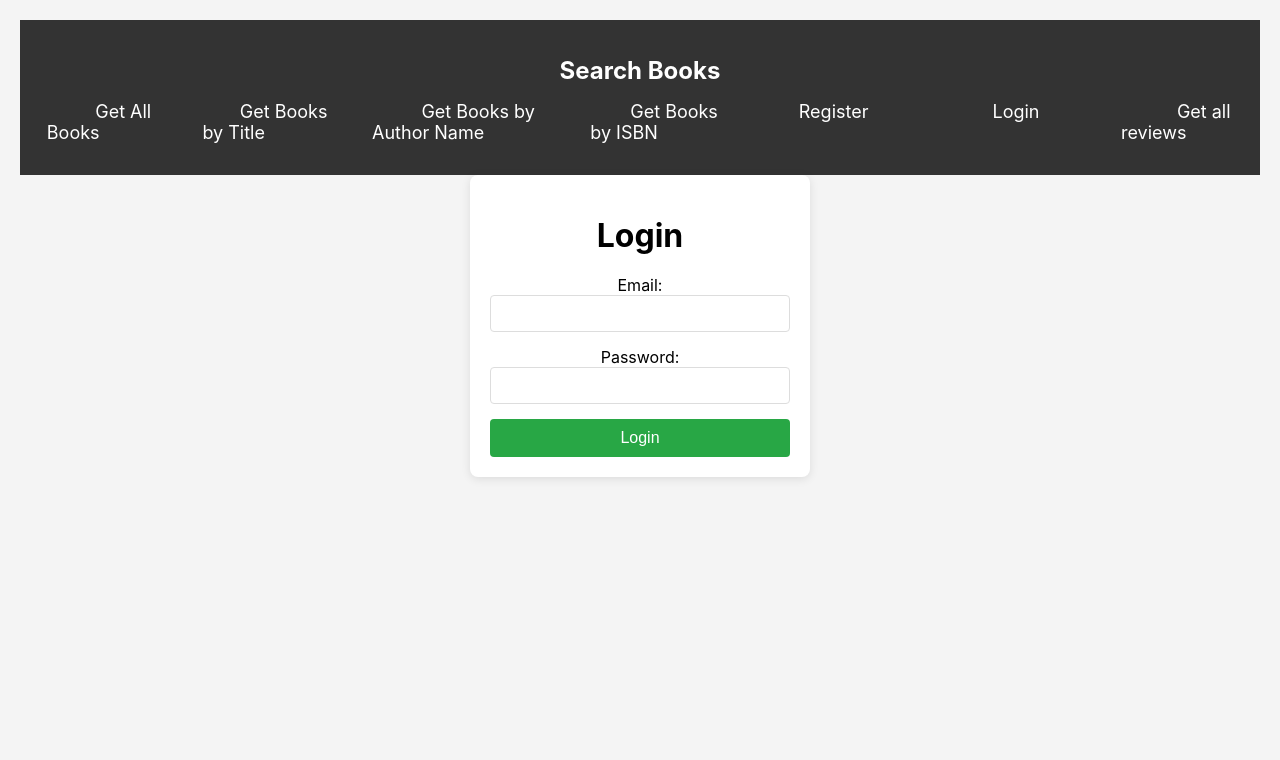
Repository: adityashirsath2003/myapp
Page: /login (app in FrontEnd/frontend/)
These files come from the project's save history. The page is drawn as it stood at one moment and after the next save; the edit follows.
The browser window is 1280 px wide. The pictures show the whole page.
The project was rebuilt for these pictures with package versions that can differ from the ones it lists, and the page was loaded fresh each time. Also part of the build but not shown: FrontEnd/frontend/src/App.css, FrontEnd/frontend/src/Navbar.js, FrontEnd/frontend/src/Search.js, FrontEnd/frontend/src/Navbar2.js, FrontEnd/frontend/src/Register.js, FrontEnd/frontend/src/SearchTitle.js, FrontEnd/frontend/src/SearchName.js, FrontEnd/frontend/src/SearchISBN.js and 3 more.

Above is the page before, as saved 2024-10-24 14:22:37.

### FrontEnd/frontend/src/App.js
import React, { useState } from 'react';
import './App.css';
import { Navbar } from './Navbar';
import { BrowserRouter as Router, Route, Routes } from 'react-router-dom';
import { Search } from './Search';
import {Navbar2} from './Navbar2';
import { Login } from './Login';
import { Register } from './Register';
import { Navbar3 } from './Navbar3';
import  SearchTitle  from './SearchTitle';
import SearchName from './SearchName';
import SearchISBN from './SearchISBN';
import { AddReview } from './AddReview';
import { GetMyReviews } from './GetMyReviews';
import { GetAllReviews } from './GetAllReviews';

const App = () => {
  const [mail, setMail] = useState('');

  const appStyle = {
    textAlign: 'center',
    backgroundColor: '#f4f4f4',
    minHeight: '100vh',
    padding: '20px',
  };

  return (
    <div style={appStyle}>
      {mail ? (
        <div>
          <Router>
          <Navbar />
          <Routes>
          <Route path="/addmyreview" element={<AddReview mail = {mail} />} />
          <Route path="/getmyreview" element={<GetMyReviews mail = {mail} />} />
          </Routes>
          </Router>
          {/* <h1>{mail}</h1> */}
          </div>
      ) : (

        <Router>
        <Navbar3 />
        <Routes>
          <Route path="/getallbooks" element={<Search />} />
          <Route path="/getbytitle" element={<SearchTitle />} />
          <Route path="/getbyname" element={<SearchName />} />
          <Route path="/getbyisbn" element={<SearchISBN />} />
          <Route path="/getallreviews" element={<GetAllReviews />} />
          <Route path="/login" element={<Login setMail={setMail} />} />
          <Route path="/register" element={<Register mail={mail} />} />
        </Routes>
      </Router>
      )}
    </div>
  );
};

export default App;

### FrontEnd/frontend/src/Login.js
import React, { useState } from 'react';
import axios from 'axios';

export function Login({ setMail }) {
    const [email, setEmail] = useState('');
    const [password, setPassword] = useState('');
    const [error, setError] = useState('');

    const handleSubmit = async (e) => {
        e.preventDefault();
        setError('');
        try {
            const response = await axios.post('http://localhost:5000/login', {
                email,
                password
            });
            console.log('Login successful:', response.data);
            setMail(response.data.email);
            setEmail('');
            setPassword('');
            setMail(email);
        } catch (error) {
            setError(error.response?.data?.error || 'Error logging in');
            console.error(error.message);
            setMail(email);
        }
    };

    const formStyle = {
        backgroundColor: 'white',
        padding: '20px',
        borderRadius: '8px',
        boxShadow: '0 2px 10px rgba(0, 0, 0, 0.1)',
        width: '300px',
        margin: '0 auto',
    };

    const inputStyle = {
        width: '100%',
        padding: '10px',
        border: '1px solid #ddd',
        borderRadius: '4px',
        boxSizing: 'border-box',
        marginBottom: '15px',
    };

    const buttonStyle = {
        width: '100%',
        padding: '10px',
        backgroundColor: '#28a745',
        color: 'white',
        border: 'none',
        borderRadius: '4px',
        cursor: 'pointer',
        fontSize: '16px',
    };

    return (
        <form onSubmit={handleSubmit} style={formStyle}>
            <h1 style={{ textAlign: 'center', marginBottom: '20px' }}>Login</h1>
            <div>
                <label>Email:</label>
                <input
                    type="email"
                    value={email}
                    onChange={(e) => setEmail(e.target.value)}
                    required
                    style={inputStyle}
                />
            </div>
            <div>
                <label>Password:</label>
                <input
                    type="password"
                    value={password}
                    onChange={(e) => setPassword(e.target.value)}
                    required
                    style={inputStyle}
                />
            </div>
            <button type="submit" style={buttonStyle}>
                Login
            </button>
            {error && <p style={{ color: 'red', textAlign: 'center' }}>{error}</p>}
        </form>
    );
}

### FrontEnd/frontend/src/Navbar3.js
import React from 'react';
import { Link } from 'react-router-dom';

export function Navbar3() {
    const navStyle = {
        backgroundColor: '#333',
        padding: '1rem',
        textAlign: 'center',
    };

    const headingStyle = {
        color: '#fff',
        marginBottom: '1rem',
    };

    const ulStyle = {
        listStyleType: 'none',
        padding: '0',
        display: 'flex',
        justifyContent: 'center',
        gap: '1.5rem',
    };

    const linkStyle = {
        color: '#fff',
        textDecoration: 'none',
        fontSize: '18px',
        marginLeft: '50px',
        marginRight: '50px',
    };

    const linkHoverStyle = {
        color: '#ffeb3b',
    };

    return (
        <nav style={navStyle}>
            <h1 style={headingStyle}>Search Books</h1>
            <ul style={ulStyle}>
                <li><Link to="/getallbooks" style={linkStyle}>Get All Books</Link></li>
                <li><Link to="/getbytitle" style={linkStyle}>Get Books by Title</Link></li>
                <li><Link to="/getbyname" style={linkStyle}>Get Books by Author Name</Link></li>
                <li><Link to="/getbyisbn" style={linkStyle}>Get Books by ISBN</Link></li>
                <li><Link to="/register" style={linkStyle}>Register</Link></li>
                <li><Link to="/login" style={linkStyle}>Login</Link></li>
                <li><Link to="/getallreviews" style={linkStyle}>Get all reviews</Link></li>

            </ul>
        </nav>
    );
}

Loaded but not shown: FrontEnd/frontend/public/index.html (common file); FrontEnd/frontend/src/index.js (common file); FrontEnd/frontend/src/index.css (common file); FrontEnd/frontend/src/reportWebVitals.js (common file)

After the next save:
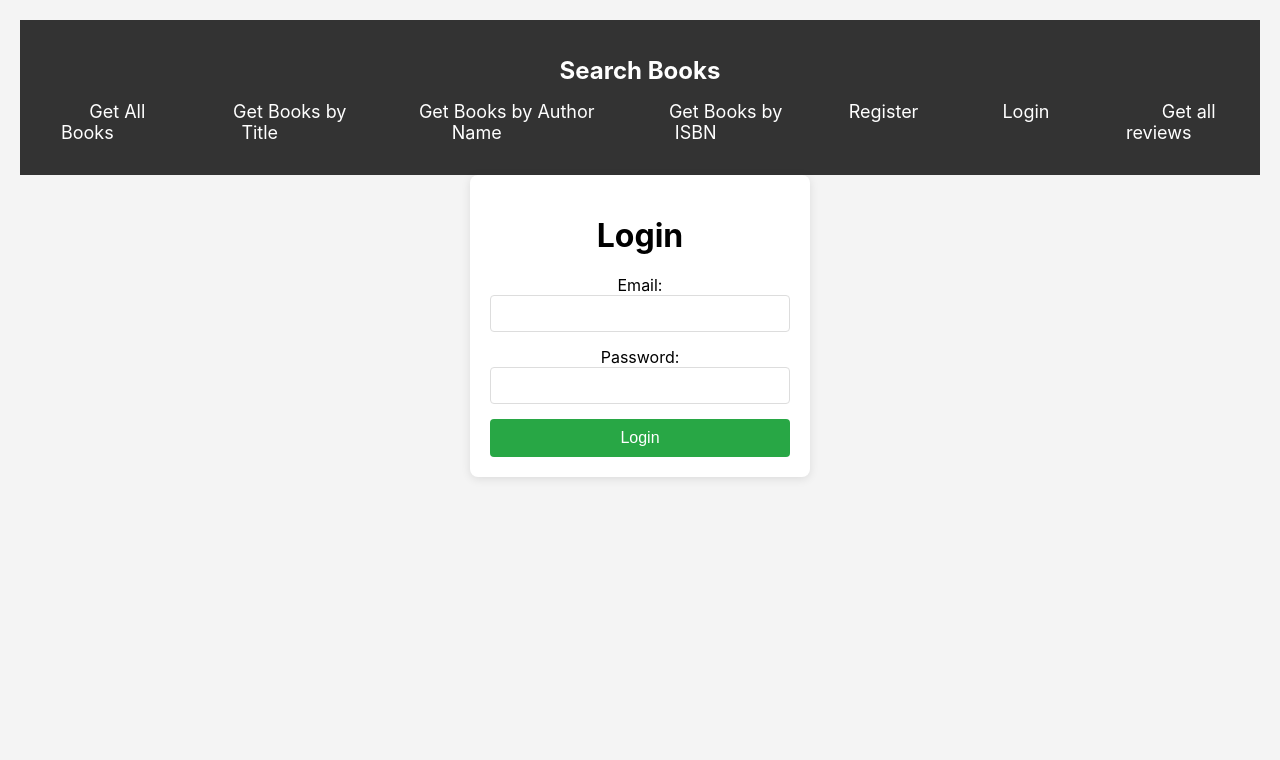
Saved 22 s later.
--- a/FrontEnd/frontend/src/Navbar3.js
+++ b/FrontEnd/frontend/src/Navbar3.js
@@ -25,8 +25,8 @@ export function Navbar3() {
         color: '#fff',
         textDecoration: 'none',
         fontSize: '18px',
-        marginLeft: '50px',
-        marginRight: '50px',
+        marginLeft: '30px',
+        marginRight: '30px',
     };
 
     const linkHoverStyle = {
